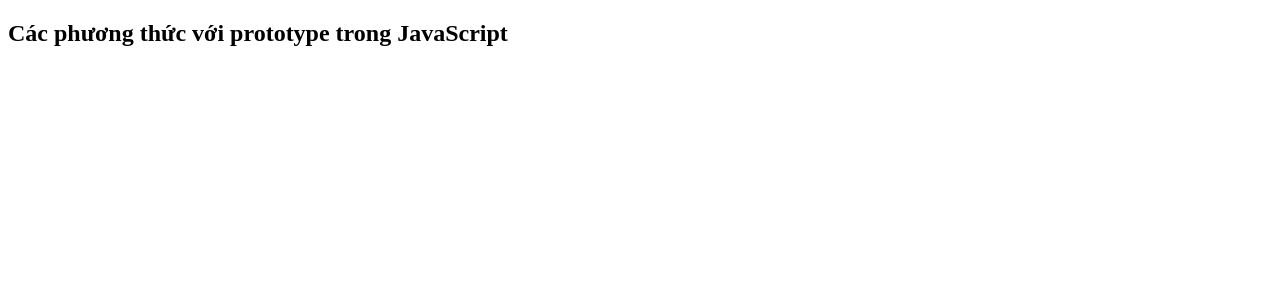
Repository: Ngyendai/JavascriptBasic
Page: kieudulieu/Bai34/index.html
The author's editor kept a copy of each file at every save. The page is drawn from the files as they stood at one save, then again after the next save.
The browser window is 1280 px wide. The pictures show the whole page.

Above is the page before, as saved 2022-12-05 22:38:43.

After the next save:
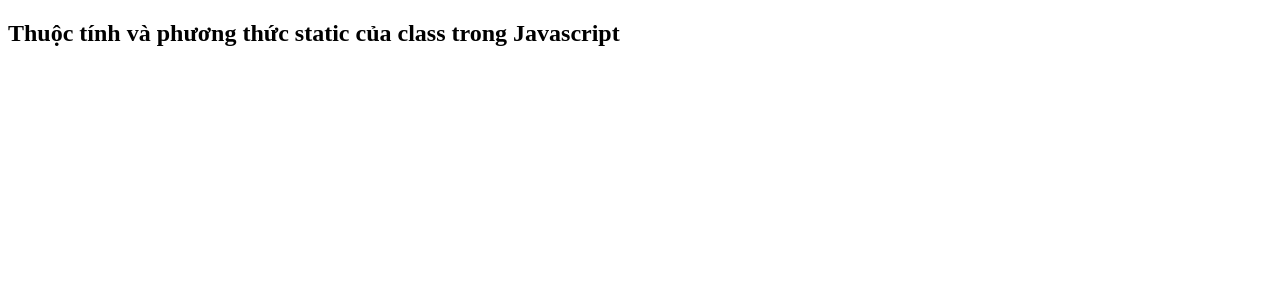
Saved 25 s later.
--- a/kieudulieu/Bai34/index.html
+++ b/kieudulieu/Bai34/index.html
@@ -4,11 +4,11 @@
     <meta charset="UTF-8">
     <meta http-equiv="X-UA-Compatible" content="IE=edge">
     <meta name="viewport" content="width=device-width, initial-scale=1.0">
-    <title>Các phương thức với prototype trong JavaScript</title>
+    <title>Thuộc tính và phương thức static của class trong Javascript</title>
 </head>
 <body>
 
-  <h2>Các phương thức với prototype trong JavaScript</h2>
+  <h2>Thuộc tính và phương thức static của class trong Javascript</h2>
 
 <script src=main.js  type="text/javascript"></script>
 </body>
